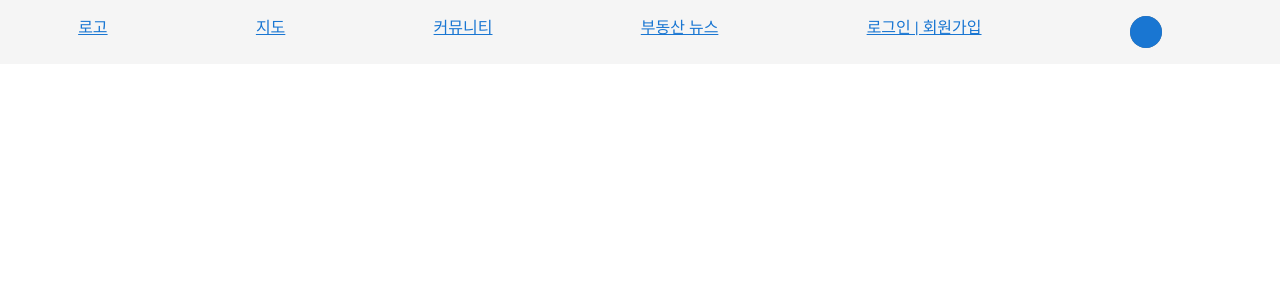
Repository: misso88/vue-whereIsMyHome
Page: /
These files come from the project's save history. The page is drawn as it stood at one moment and after the next save; the edit follows.
The browser window is 1280 px wide. The pictures show the whole page.
The project was rebuilt for these pictures with package versions that can differ from the ones it lists, and the page was loaded fresh each time. Also part of the build but not shown: vue.config.js, src/components/house/sidebar/HouseListItem.vue, src/components/house/sidebar/HouseList.vue, src/components/house/sidebar/HouseListFilter.vue, src/components/house/sidebar/HouseSidebar.vue, src/components/house/map/HouseMapFilter.vue, src/components/house/map/HouseMap.vue, src/views/AppHouse.vue and 1 more.

Above is the page before, as saved 2022-11-16 10:31:21.

After the next save:
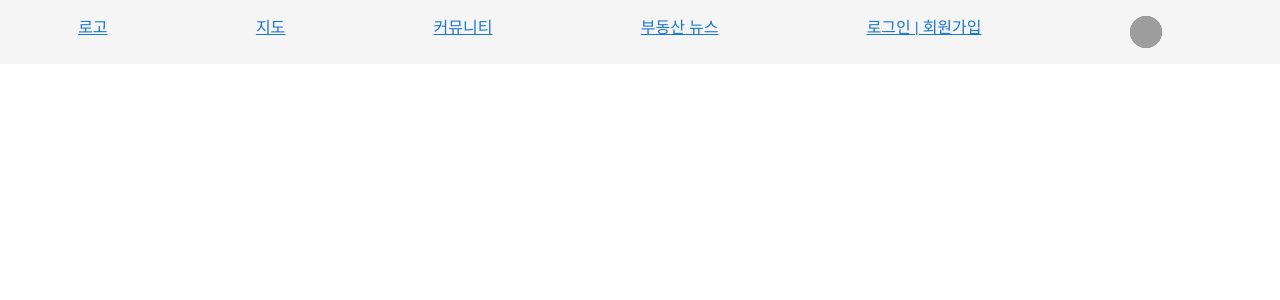
Saved 9 s later.
--- a/src/components/layout/TheHeader.vue
+++ b/src/components/layout/TheHeader.vue
@@ -13,7 +13,7 @@
       <v-menu offset-y>
       <template v-slot:activator="{ on, attrs }">
         <v-btn
-          color="primary"
+          color="grey"
           v-bind="attrs"
           v-on="on"
         >
